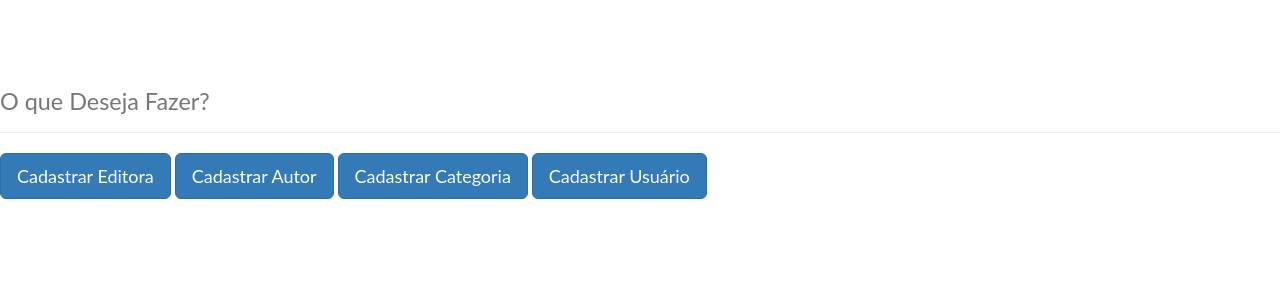
Repository: stefanyco/biblioteca
Page: http://localhost/Biblioteca/acoesFuncionario.jsp
These files come from the project's save history. The page is drawn as it stood at one moment and after the next save; the edit follows.
The browser window is 1280 px wide. The pictures show the whole page.
The page is served by Tomcat 9.

Above is the page before, as saved 2016-11-07 23:53:27.

After the next save:
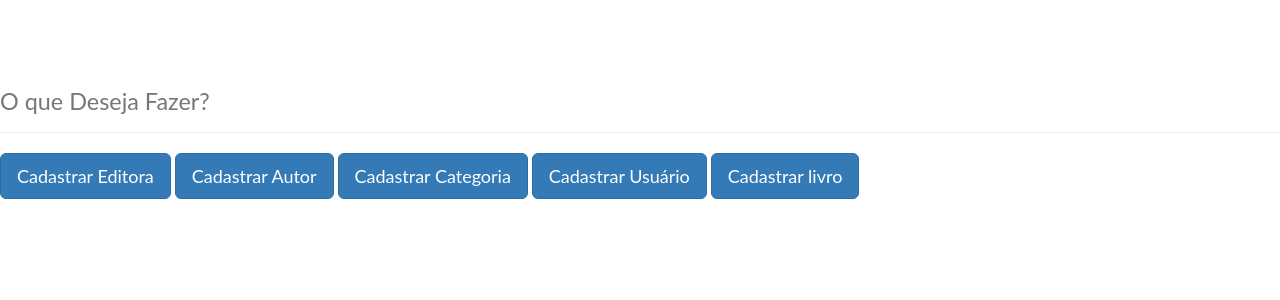
Saved 32 s later.
--- a/Sistema Biblioteca/Biblioteca/WebContent/acoesFuncionario.jsp
+++ b/Sistema Biblioteca/Biblioteca/WebContent/acoesFuncionario.jsp
@@ -21,7 +21,7 @@
 	<a href="autorAdicionar.jsp" class="btn btn-primary btn-lg">Cadastrar Autor</a>
 	<a href="categoriaAdicionar.jsp" class="btn btn-primary btn-lg">Cadastrar Categoria</a>
 	<a href="usuarioAdicionar.jsp" class="btn btn-primary btn-lg">Cadastrar Usuário</a>
-
+	<a href="livroAdicionar.jsp" class="btn btn-primary btn-lg">Cadastrar livro</a>
 
 </body>
 </html>
